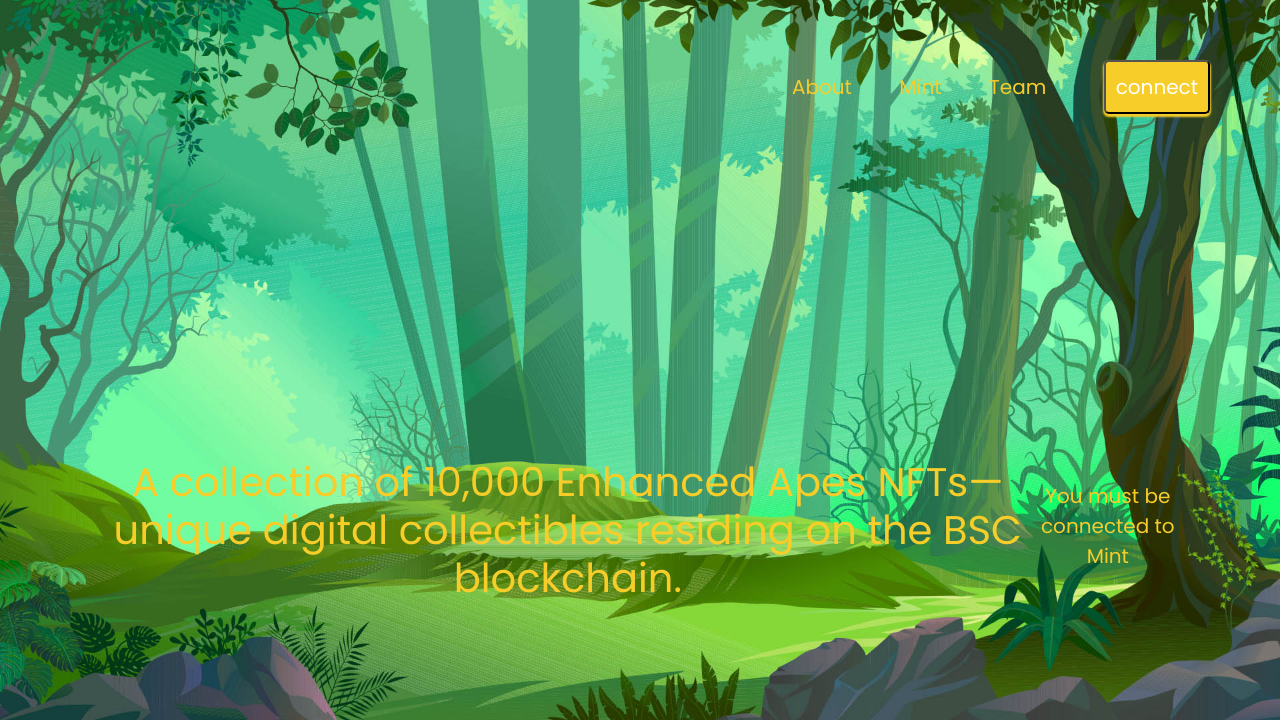
Repository: Stephegbenga/Minting-Dapp
Page: /
These files come from the project's save history. The page is drawn as it stood at one moment and after the next save; the edit follows.
The browser window is 1280 px wide. The pictures show the whole page.
The project was rebuilt for these pictures with package versions that can differ from the ones it lists, and the page was loaded fresh each time.

Above is the page before, as saved 2022-04-07 17:11:00.

### public/index.html
<!DOCTYPE html>
<html lang="en">
  <head>
    <meta charset="utf-8" />
    <link rel="icon" href="%PUBLIC_URL%/En favicon.ico" />
    <meta name="viewport" content="width=device-width, initial-scale=1" />
    <meta name="theme-color" content="#000000" />
    <meta
      name="description"
      content="Web site created using create-react-app"
    />

    <link rel="apple-touch-icon" href="%PUBLIC_URL%/logo192.png" />
    <!--
      manifest.json provides metadata used when your web app is installed on a
      user's mobile device or desktop. See https://developers.google.com/web/fundamentals/web-app-manifest/
    -->
    <link rel="manifest" href="%PUBLIC_URL%/manifest.json" />
    <!--
      Notice the use of %PUBLIC_URL% in the tags above.
      It will be replaced with the URL of the `public` folder during the build.
      Only files inside the `public` folder can be referenced from the HTML.

      Unlike "/favicon.ico" or "favicon.ico", "%PUBLIC_URL%/favicon.ico" will
      work correctly both with client-side routing and a non-root public URL.
      Learn how to configure a non-root public URL by running `npm run build`.
    -->
    <link rel="stylesheet" href="https://stackpath.bootstrapcdn.com/bootstrap/4.3.1/css/bootstrap.min.css"/>

    <title>React App</title>
  </head>
  <body>
    <noscript>You need to enable JavaScript to run this app.</noscript>
    <div id="root"></div>
    <!--
      This HTML file is a template.
      If you open it directly in the browser, you will see an empty page.

      You can add webfonts, meta tags, or analytics to this file.
      The build step will place the bundled scripts into the <body> tag.

      To begin the development, run `npm start` or `yarn start`.
      To create a production bundle, use `npm run build` or `yarn build`.
    -->
  </body>
</html>

### src/index.js
import React from 'react';
import ReactDOM  from 'react-dom';
import './index.css';
import App from './App';
import './Font/ThunderDemo.ttf'


ReactDOM.render(
  <App />,
  document.getElementById('root')

);

### src/App.js
import './App.css';


import { useState } from 'react';
import './App.css';
import MainMint from './MainMint'
import Navbar from './NavBar'

function App() {
    const [accounts, setAccounts] = useState([]);

    return (
        <div className="overlay">
            <div className='App'>
                <Navbar accounts={accounts} setAccounts={setAccounts} />
                <MainMint accounts={accounts} setAccounts={setAccounts} />
            </div>
            <div className='Background'></div>
        </div>
    );
}

export default App;

### src/App.css
@import url("https://fonts.googleapis.com/css?family=Poppins");


.App {
  text-align: center;
  font-family: "poppins";
  font-size: 20px;
  color: #f7cd2a;
}

* {
  box-sizing: border-box;
}

body {
  overflow: hidden;
}

.overlay {
  opacity: 1;
  width: 100%;
  height: 100%;
  z-index: 10;
  top: 0;
  left: 0;
  position: fixed;
}

.Background {
  z-index: -1;
  position: absolute;
  top: 0;
  left: 0;
  right: 0;
  bottom: 0;
  background-image: url("./Assets/Background/background.jpg");
  background-size: cover;
  background-repeat: no-repeat;
  background-attachment: fixed;
  background-position: 40% 40%;
}

### src/MainMint.js
import { useState } from "react";
import{ ethers, BigNumber } from "ethers";
import { Box, Button, Flex, Flow, Text, Input } from "@chakra-ui/react"
import Kongz from "./Kongz/Kongz.json";

const KongzAddress = "0x0aee4e215fd9c07093fc7c31f67028e291c633c5";

const MainMint = ({ accounts, setAccounts}) => {
    const [mintAmount, setMintAmount] = useState(1);
    const isConnected = Boolean(accounts[0]);

    async function handleMint() {
        if (window.ethereum) {
            const provider = new ethers.providers.Web3Provider(window.ethereum);
            const signer = provider.getSigner();
            const contract = new ethers.Contract(
                KongzAddress,
                Kongz.abi,
                signer
            );
            try {
                const response = await contract.mint(BigNumber.from(mintAmount));
                console.log('response: ', response);
            }   catch (err) {
                console.log("error: ", err)
            }
        }
    }

    const handleDecrement = () => {
        if (mintAmount <= 1) return;
        setMintAmount(mintAmount + 1);
    };

    return (
        <Flex justify="center" align="center" height="100vh" padding="100px">
            <h1>A collection of 10,000 Enhanced Apes NFTs—unique digital collectibles residing on the BSC blockchain.</h1>
            {isConnected ? (
            <div>
                <div>
                    <button onClick={handleDecrement}>-</button>
                    <input type="number" value={mintAmount} />
                    <button onClick={handleDecrement}>+</button>
                </div>
                <button onClick={handleMint}>Mint Now</button>
            </div>
        ) : (
            <p>You must be connected to Mint</p>
        )}
        </Flex>

    );
};

export default MainMint;

### src/NavBar.js
import React from "react";
import { Box, Button, Flex, Flow, Image, Link, Spacer } from "@chakra-ui/react"

const Navbar = ({ accounts, setAccounts }) => {
    const isConnected = Boolean(accounts[0]);

    async function connectAccount() {
        if (window.ethereum) {
            const accounts = await window.ethereum.request({
               method: "eth_requestAccounts",
            });
            setAccounts(accounts);
        }
    }

    return (
        <Flex justify="space-between" align="center" padding="30px">
            {/* { left side - socials } */}

            <Flex justify="space-around" width="40%" padding="0 75px">

            </Flex>

            {/* {RIght SIde - Section and connect} */}
            <Flex
                justify="space-around"
                align="center"
                width="40%"
                padding="30px"
            >
            <box margin="0 15px">About</box>
            <Spacer />
            <box margin="0 15px">Mint</box>
            <Spacer />
            <box margin="0 15px">Team</box>
            <Spacer />


            {/* connect */}
            {isConnected ? (
                <box margin="0 15px">Conncted</box>
            ) : (
                <Button
                    backgroundColor="#f7cd2a"
                    borderRadius="5px"
                    boxShadow="0px 2px 2px 1px #f7cd2a"
                    color="white"
                    fontFamily="inherit"
                    padding="10px"
                    margin="0 10px"
                    onClick={connectAccount}
                >
                    connect
                </Button>
            )}
            </Flex>
        </Flex>
    );

};

export default Navbar;

Loaded but not shown: src/index.css (common file); src/Kongz/Kongz.json (1020 lines, source omitted)

After the next save:
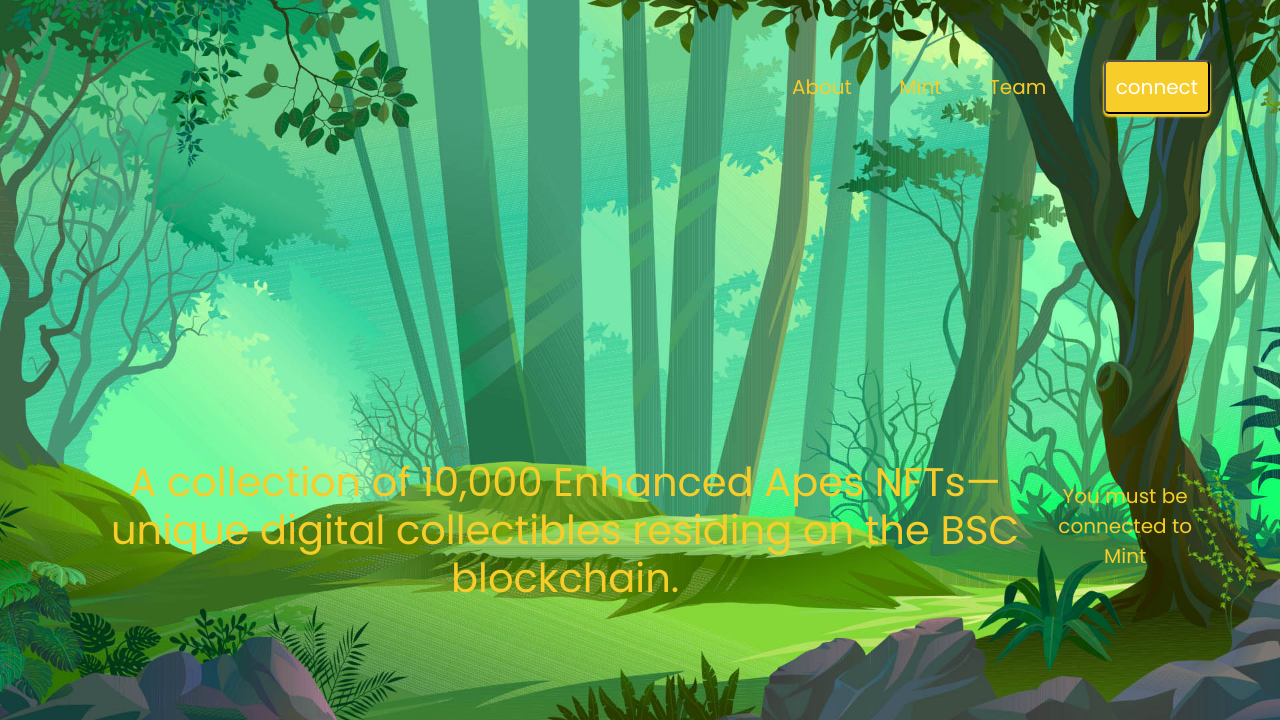
Saved 17 s later.
--- a/src/MainMint.js
+++ b/src/MainMint.js
@@ -33,7 +33,7 @@ const MainMint = ({ accounts, setAccounts}) => {
     };
 
     return (
-        <Flex justify="center" align="center" height="100vh" padding="100px">
+        <Flex justify="center" align="center" height="100vh" padding="80px">
             <h1>A collection of 10,000 Enhanced Apes NFTs—unique digital collectibles residing on the BSC blockchain.</h1>
             {isConnected ? (
             <div>
